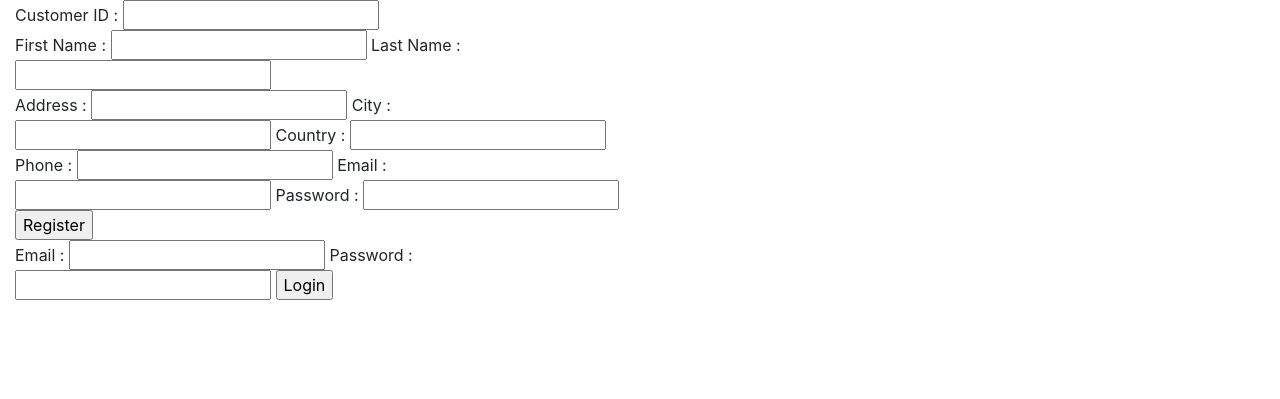
Repository: hassaanbk/CruiseBookingAndManaging
Page: http://localhost/home
The author's editor kept a copy of each file at every save. The page is drawn from the files as they stood at one save, then again after the next save.
The browser window is 1280 px wide. The pictures show the whole page.
The page is this project's Thymeleaf template; nobody is signed in. The template is opened directly, without the code that normally fills it, so the values that code supplies are empty.

Above is the page before, as saved 2022-12-13 04:28:12.

### CustomerMicroService/src/main/resources/templates/home.html
<!DOCTYPE html>

<html xmlns:th="http://www.thymeleaf.org">

<head>

	<meta charset="ISO-8859-1">

	<title>Home</title>
<link rel="stylesheet" href="https://cdn.jsdelivr.net/npm/bootstrap@4.3.1/dist/css/bootstrap.min.css" integrity="sha384-ggOyR0iXCbMQv3Xipma34MD+dH/1fQ784/j6cY/iJTQUOhcWr7x9JvoRxT2MZw1T" crossorigin="anonymous">

</head>

<body class="flexbox col-md-6">

	<form action="register" method="POST">

		Customer ID : <input type="text" name="custId" /> </br>

		First Name : <input type="text" name="firstName" />

		Last Name : <input type="text" name="lastName" /></br>

		Address : <input type="text" name="address" />

		City : <input type="text" name="city" />

		Country : <input type="text" name="country" />

		Phone : <input type="text" name="phone" />

		Email : <input type="email" name="email" />

		Password : <input type="password" name="password" />

		<input type="submit" name="Add Employee" value="Register" />

	</form>

	<form action="login" method="POST">

		Email : <input type="email" name="email" />

		Password : <input type="password" name="password" />
		<input type="submit" name="Login" value="Login" />

	</form>

</body>

</html>

After the next save:
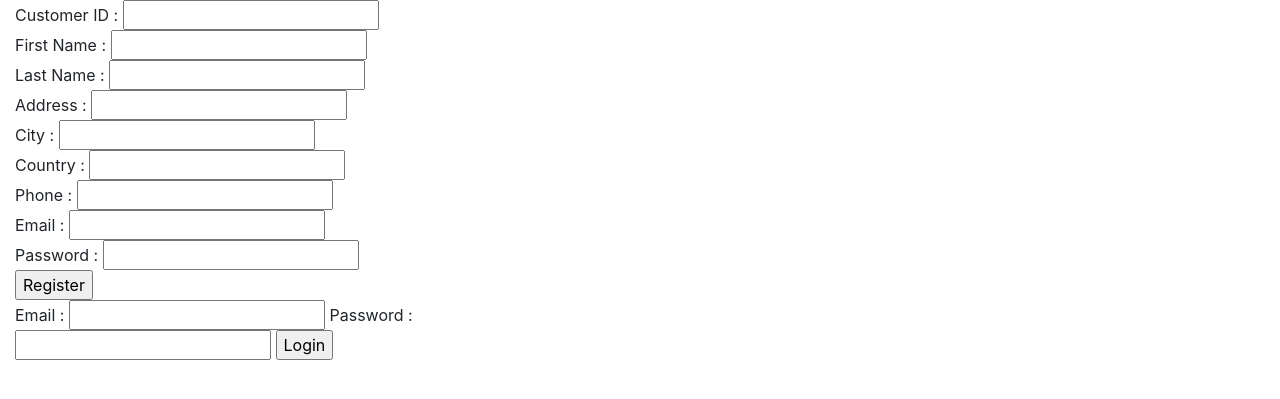
Saved 25 s later.
--- a/CustomerMicroService/src/main/resources/templates/home.html
+++ b/CustomerMicroService/src/main/resources/templates/home.html
@@ -17,21 +17,21 @@
 
 		Customer ID : <input type="text" name="custId" /> </br>
 
-		First Name : <input type="text" name="firstName" />
+		First Name : <input type="text" name="firstName" /></br>
 
 		Last Name : <input type="text" name="lastName" /></br>
 
-		Address : <input type="text" name="address" />
+		Address : <input type="text" name="address" /></br>
 
-		City : <input type="text" name="city" />
+		City : <input type="text" name="city" /></br>
 
-		Country : <input type="text" name="country" />
+		Country : <input type="text" name="country" /></br>
 
-		Phone : <input type="text" name="phone" />
+		Phone : <input type="text" name="phone" /></br>
 
-		Email : <input type="email" name="email" />
+		Email : <input type="email" name="email" /></br>
 
-		Password : <input type="password" name="password" />
+		Password : <input type="password" name="password" /></br>
 
 		<input type="submit" name="Add Employee" value="Register" />
 
